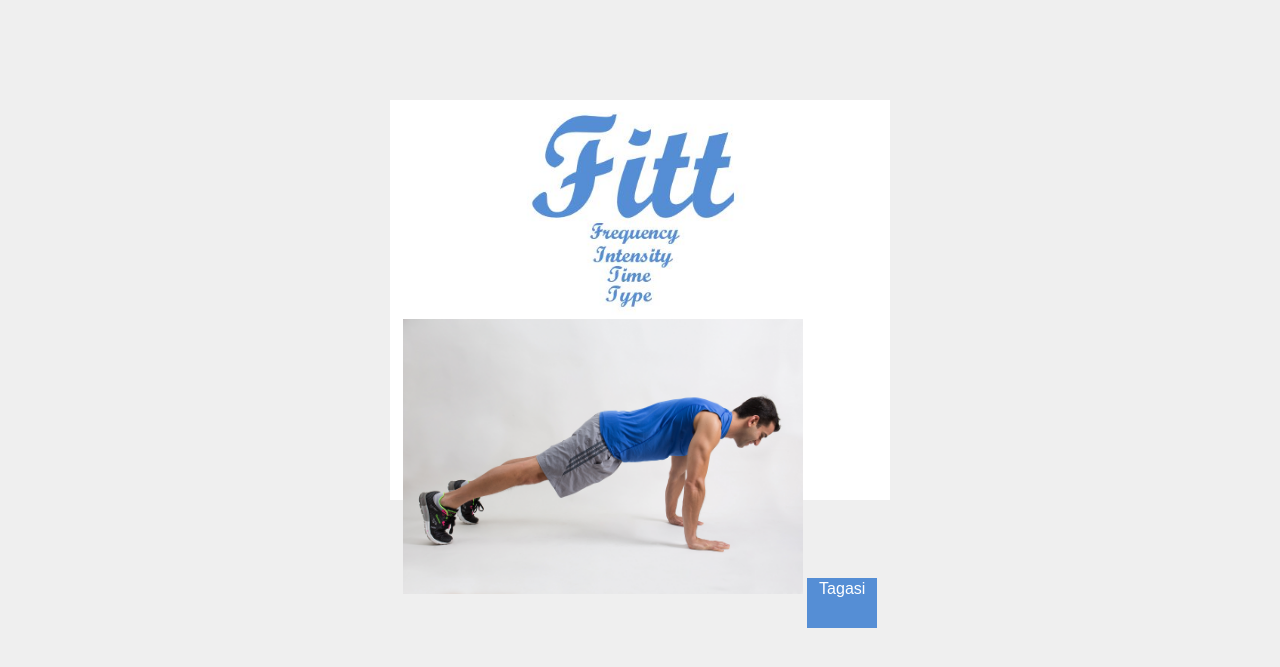
Repository: kairitsims/tarkvaratehnika
Page: Fitt/src/main/exercises.html
An editor plug-in stored every save of this project. The page is shown before and after the next save, followed by the edit.
The browser window is 1280 px wide. The pictures show the whole page.

Above is the page before, as saved 2017-02-21 17:27:42.

After the next save:
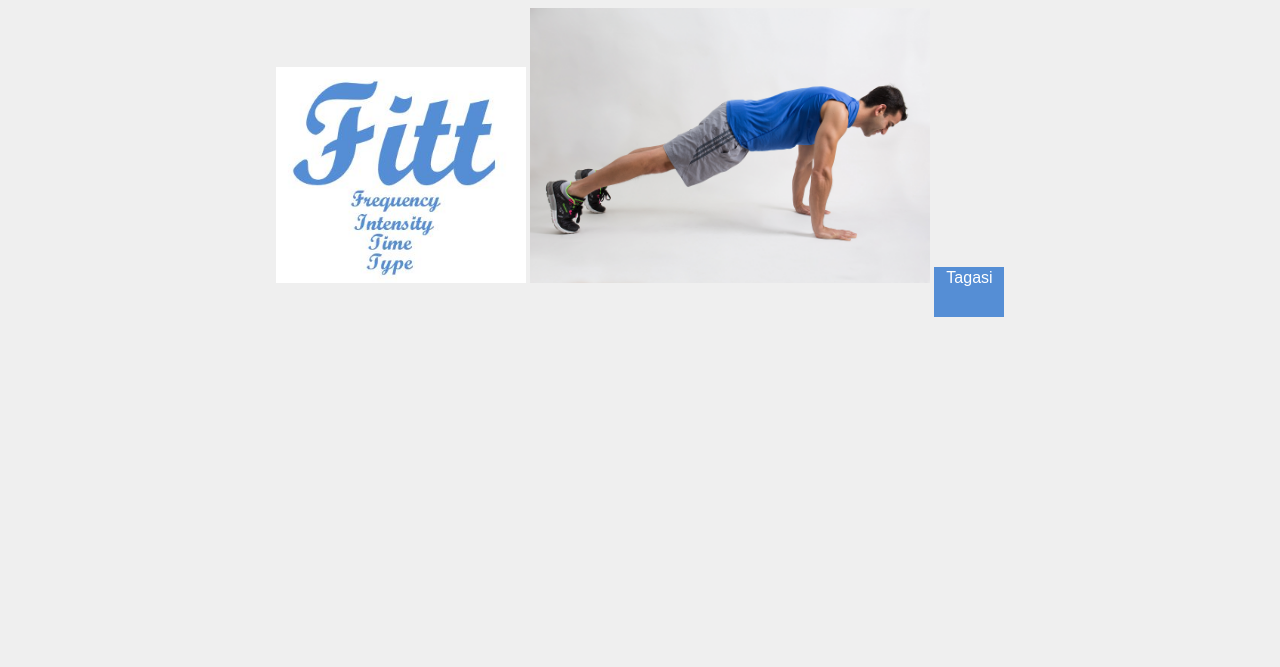
Saved 72 s later.
--- a/Fitt/src/main/exercises.html
+++ b/Fitt/src/main/exercises.html
@@ -9,7 +9,7 @@
 
 <body>
 
- <div class="main">
+ <div>
 	<img src="Fitt_logo.jpg" width="250"/>
 	<img src="push_ups.jpg" width="400"/>
 
